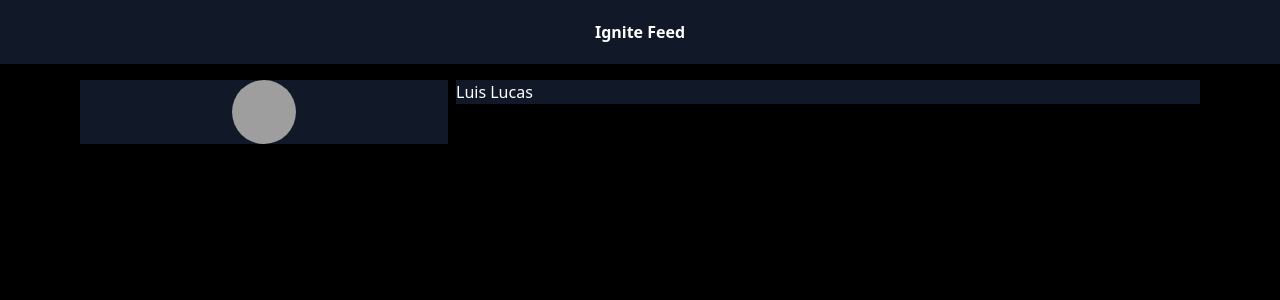
Repository: LuisSempre/ignite-feed
Page: /
The author's editor kept a copy of each file at every save. The page is drawn from the files as they stood at one save, then again after the next save.
The browser window is 1280 px wide. The pictures show the whole page.
Pictures or frames that could not be fetched are drawn as grey boxes. The project was rebuilt for these pictures with package versions that can differ from the ones it lists, and the page was loaded fresh each time. Also part of the build but not shown: vite.config.js.

Above is the page before, as saved 2022-07-13 21:26:12.

### src/App.jsx
import { Header } from "./Components/Header"
import { Sidebar } from "./Components/Sidebar"
function App() {
  return (
    <div>
      <Header />
      <div className="max-w-6xl mx-auto p-4 grid grid-cols-3 gap-2 items-start">
        <Sidebar />
        <div className="bg-gray-900 col-span-2">
          Luis Lucas
        </div>
      </div>
    </div>
  );
}

export default App;

### src/index.css
@tailwind base;
@tailwind components;
@tailwind utilities;

* {
    @apply bg-black text-white;
}

### src/Components/Header.jsx
export function Header() {
  return (
    <div className="flex max-w-7xl items-center justify-center h-16 bg-gray-900">
      <h1 className="font-bold bg-gray-900">Ignite Feed</h1>
    </div>
  )
}

### src/Components/Sidebar.jsx
export function Sidebar() {
    return(
        <div className="bg-gray-900 justify-center flex items-center">
            <img
            className="w-16 h-16 rounded-full"
            src="https://avatars.githubusercontent.com/u/32404639?v=4" alt="" />
        </div>
    )
}

Loaded but not shown: index.html (common file); src/main.jsx (common file); tailwind.config.js (common file)

After the next save:
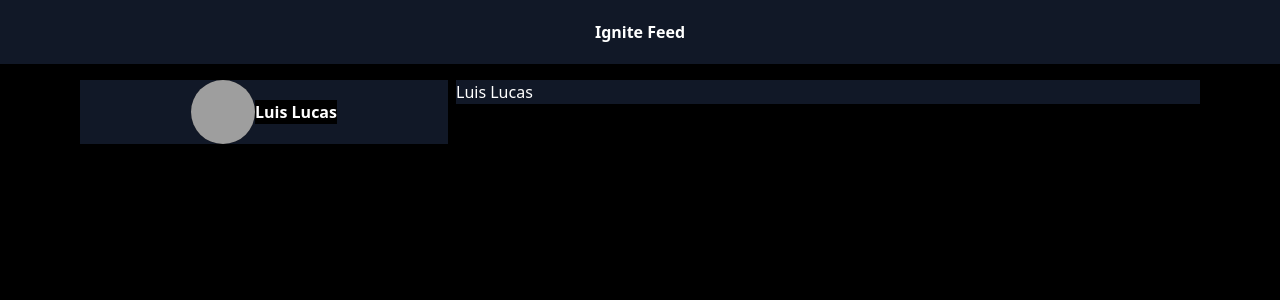
Saved 64 s later.
--- a/src/Components/Sidebar.jsx
+++ b/src/Components/Sidebar.jsx
@@ -4,6 +4,9 @@ export function Sidebar() {
             <img
             className="w-16 h-16 rounded-full"
             src="https://avatars.githubusercontent.com/u/32404639?v=4" alt="" />
+            <div>
+                <strong>Luis Lucas</strong>
+            </div>
         </div>
     )
 }
